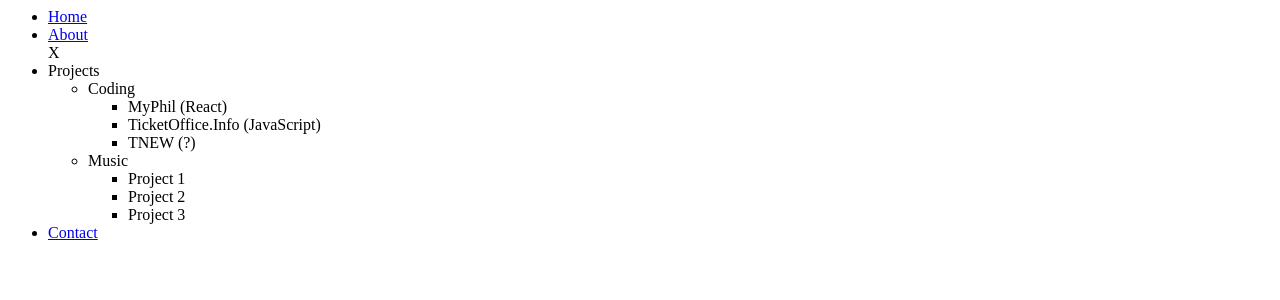
Repository: muesinga/aaronmuesing-dot-com
Page: components/nav.html
These files come from the project's save history. The page is drawn as it stood at one moment and after the next save; the edit follows.
The browser window is 1280 px wide. The pictures show the whole page.

Above is the page before, as saved 2022-06-22 16:49:05.

### components/nav.html
<ul class="dropdown">
    <li><a href="/index.html">Home</a></li>
    <li><a href="/about.html">About</a></li>
X
    <li>
        <div>Projects</div>
        <ul>
            <li>
                <div>Coding</div>
                <ul>
                    <li>MyPhil (React)</li>
                    <li>TicketOffice.Info (JavaScript)</li>
                    <li>TNEW (?)</li>
                </ul>
            </li>
            <li>
                <div>Music</div>
                <ul>
                    <li>Project 1</li>
                    <li>Project 2</li>
                    <li>Project 3</li>
                </ul>
            </li>
        </ul>
    </li>
    <li><a href="/contact.html">Contact</a></li>
</ul>

After the next save:
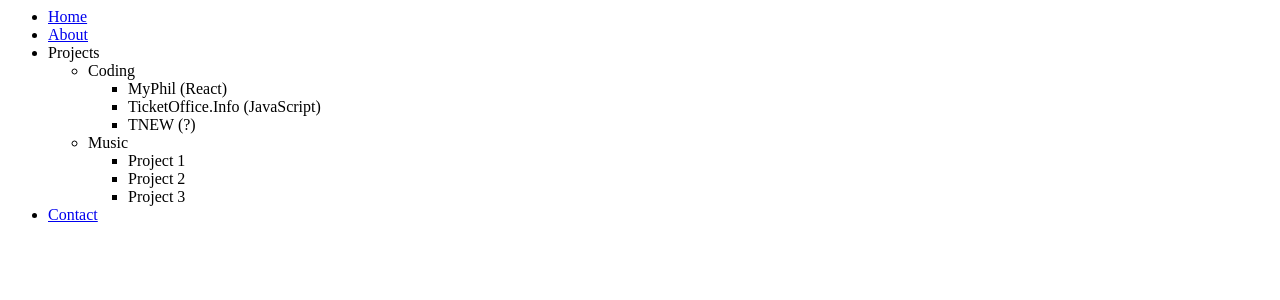
Saved 13 s later.
--- a/components/nav.html
+++ b/components/nav.html
@@ -1,7 +1,6 @@
 <ul class="dropdown">
     <li><a href="/index.html">Home</a></li>
     <li><a href="/about.html">About</a></li>
-X
     <li>
         <div>Projects</div>
         <ul>
